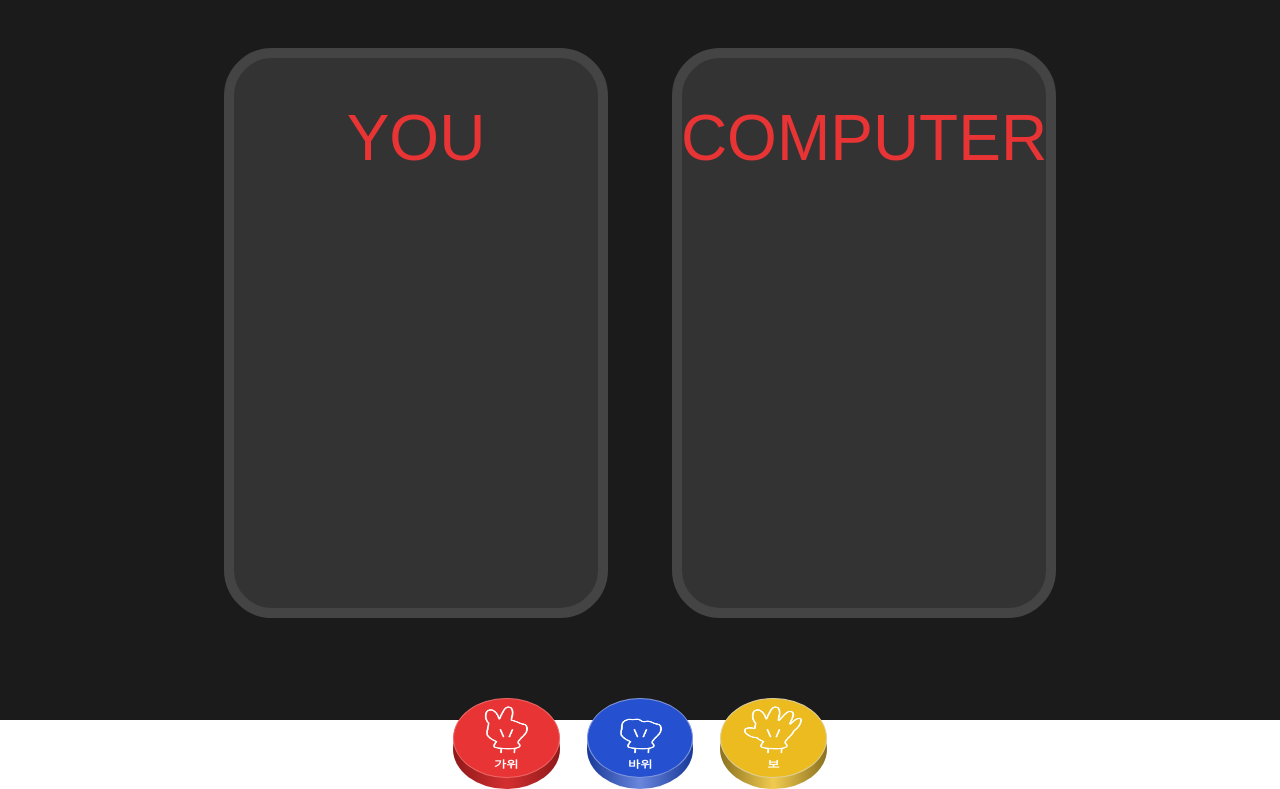
Repository: KIMMIHYE12/classComponent
Page: /
The author's editor kept a copy of each file at every save. The page is drawn from the files as they stood at one save, then again after the next save.
The browser window is 1280 px wide. The pictures show the whole page.
Some web fonts or font styles are not loaded; a fallback is used. The project was rebuilt for these pictures with package versions that can differ from the ones it lists, and the page was loaded fresh each time.

Above is the page before, as saved 2024-03-20 00:41:58.

### src/App.js
import { useState } from "react";
import "./App.css";
import { Box } from "./component/Box";

const choice = {
  scissors: {
    name: "Scissors",
    img: "/images/scissors.png",
    describe: "가위 이미지",
  },
  rock: {
    name: "Rock",
    img: "/images/rock.png",
    describe: "바위 이미지",
  },
  paper: {
    name: "Paper",
    img: "/images/paper.png",
    describe: "보 이미지",
  },
};

function App() {
  const [userSelect, setUserSelect] = useState(null);
  const [computerSelect, setComputerSelect] = useState(null);
  const [result, setResult] = useState("");

  const play = (userChoice) => {
    setUserSelect(choice[userChoice]);
    let computerChoice = remdomChoice();
    setComputerSelect(computerChoice);
    setResult(judgement(choice[userChoice], computerChoice));
  };

  const remdomChoice = () => {
    let itemArray = Object.keys(choice);
    let randomItem = Math.floor(Math.random() * itemArray.length);
    let final = itemArray[randomItem];
    return choice[final];
  };

  const judgement = (user, computer) => {
    if (user.name === computer.name) {
      return "Tie";
    } else if (user.name === "Scissors")
      return computer.name === "Paper" ? "Win" : "Lose";
    else if (user.name === "Rock")
      return computer.name === "Scissors" ? "Win" : "Lose";
    else if (user.name === "Paper")
      return computer.name === "Rock" ? "Win" : "Lose";
  };

  return (
    <div className='content'>
      <div className='game_screen'>
        <Box title='YOU' item={userSelect} result={result} />
        <Box title='COMPUTER' item={computerSelect} result={result} />
      </div>
      <div className='btn_wrap'>
        <button
          className='scissors'
          onClick={() => {
            play("scissors");
          }}
        >
          <div className='btn_items'>
            <img src='/images/btn_scissors.png' alt='가위 이미지' />
            <span>가위</span>
          </div>
        </button>
        <button
          className='rock'
          onClick={() => {
            play("rock");
          }}
        >
          <div className='btn_items'>
            <img src='/images/btn_rock.png' alt='바위 이미지' />
            <span>바위</span>
          </div>
        </button>
        <button
          className='paper'
          onClick={() => {
            play("paper");
          }}
        >
          <div className='btn_items'>
            <img src='/images/btn_paper.png' alt='보 이미지' />
            <span>보</span>
          </div>
        </button>
      </div>
    </div>
  );
}

export default App;

### src/App.css
@import url("https://use.typekit.net/ebb2deg.css");

@font-face {
  font-family: "GmarketSansMedium";
  src: url("https://cdn.jsdelivr.net/gh/projectnoonnu/noonfonts_2001@1.1/GmarketSansMedium.woff")
    format("woff");
  font-weight: normal;
  font-style: normal;
}

* {
  box-sizing: border-box;
}

.content {
  height: 100vh;
  padding: 3em 0;
  background-color: #1b1b1b;
}

.game_screen {
  width: 100%;
  display: flex;
  justify-content: center;
}

.box {
  width: 30%;
  display: flex;
  flex-direction: column;
  align-items: center;
  margin: 0 2em;
  border: 10px solid #444;
  background: #333;
  border-radius: 3rem;
}

.neon {
  border: 10px solid #fff;
  box-shadow: 0 0 10px #fff, 0 0 10px #fff, 0 0 24px #f5b70c, 0 0 16px #f5b70c,
    0 0 24px #f5b70c, inset 0 0 10px #f5b70c;
}

h1 {
  font-size: 4em;
  color: #e83435;
  font-family: "gloridot", sans-serif;
  font-weight: 400;
  font-style: normal;
}

h2 {
  height: 2em;
  font-size: 2em;
  color: #e83435;
  font-family: "gloridot", sans-serif;
  font-weight: 400;
  font-style: normal;
  letter-spacing: 0.3rem;
}

.img_wrap {
  width: 70%;
  height: 0;
  padding-bottom: 75%;
}

img {
  width: 100%;
}

.btn_wrap {
  position: relative;
  margin-top: 5em;
  display: flex;
  justify-content: center;
  z-index: 1;
}

.btn_wrap button {
  position: relative;
  width: 8em;
  height: 6em;
  margin: 0 1em;
  border-radius: 50%;
  top: 0;
  outline: 0;
  font-family: "GmarketSansMedium";
}

.btn_wrap button.scissors {
  background-color: #e83435;
  border: 1px solid #ec6666;
}

.btn_wrap button.rock {
  background-color: #2551d1;
  border: 1px solid #8097dc;
}

.btn_wrap button.paper {
  background-color: #ebbb1f;
  border: 1px solid #dfcf98;
}

.btn_wrap button:before {
  width: 8em;
  height: 6em;
  display: inline-block;
  content: "";
  position: absolute;
  top: 10px;
  left: -1px;
  right: 0;
  background: red;
  border-radius: 50%;
  z-index: -1;
}

.btn_wrap button.scissors:before {
  background: linear-gradient(
    90deg,
    rgba(143, 25, 25, 1) 0%,
    rgba(212, 47, 48, 1) 50%,
    rgba(143, 25, 25, 1) 100%
  );
}

.btn_wrap button.rock:before {
  background: linear-gradient(
    90deg,
    rgba(23, 56, 152, 1) 0%,
    rgba(106, 135, 221, 1) 50%,
    rgba(23, 56, 152, 1) 100%
  );
}

.btn_wrap button.paper:before {
  background: linear-gradient(
    90deg,
    rgba(139, 113, 30, 1) 0%,
    rgba(241, 203, 80, 1) 50%,
    rgba(139, 113, 30, 1) 100%
  );
}

.btn_wrap button:active {
  top: 4px;
}

.btn_wrap button:active:before {
  top: 6px;
}

.btn_items {
  display: flex;
  flex-direction: column;
  align-items: center;
  transform: translate(0, -5px) scale(100%, 75%);
}

.btn_items img {
  width: 65%;
}

.btn_items span {
  font-size: 1em;
  font-weight: 700;
  color: white;
  margin-top: 5px;
}

### src/component/Box.js
import React from "react";

export const Box = (props) => {
  let result;
  console.log("title", props.title);

  if (
    props.title === "COMPUTER" &&
    props.result !== "Tie" &&
    props.result !== ""
  ) {
    result = props.result === "Win" ? "Lose" : "Win";
  } else {
    result = props.result;
  }

  return (
    <div className={`box ${result === "Lose" || result === "" ? "" : "neon"}`}>
      <h1 className={props.title === "YOU" ? "you" : ""}>{props.title}</h1>
      <div className='img_wrap'>
        <img
          src={props.item && props.item.img}
          alt={props.item && props.item.describe}
        />
      </div>

      <h2>{result}</h2>
    </div>
  );
};

Loaded but not shown: public/index.html (common file); src/index.js (common file); src/index.css (common file); src/reportWebVitals.js (common file)

After the next save:
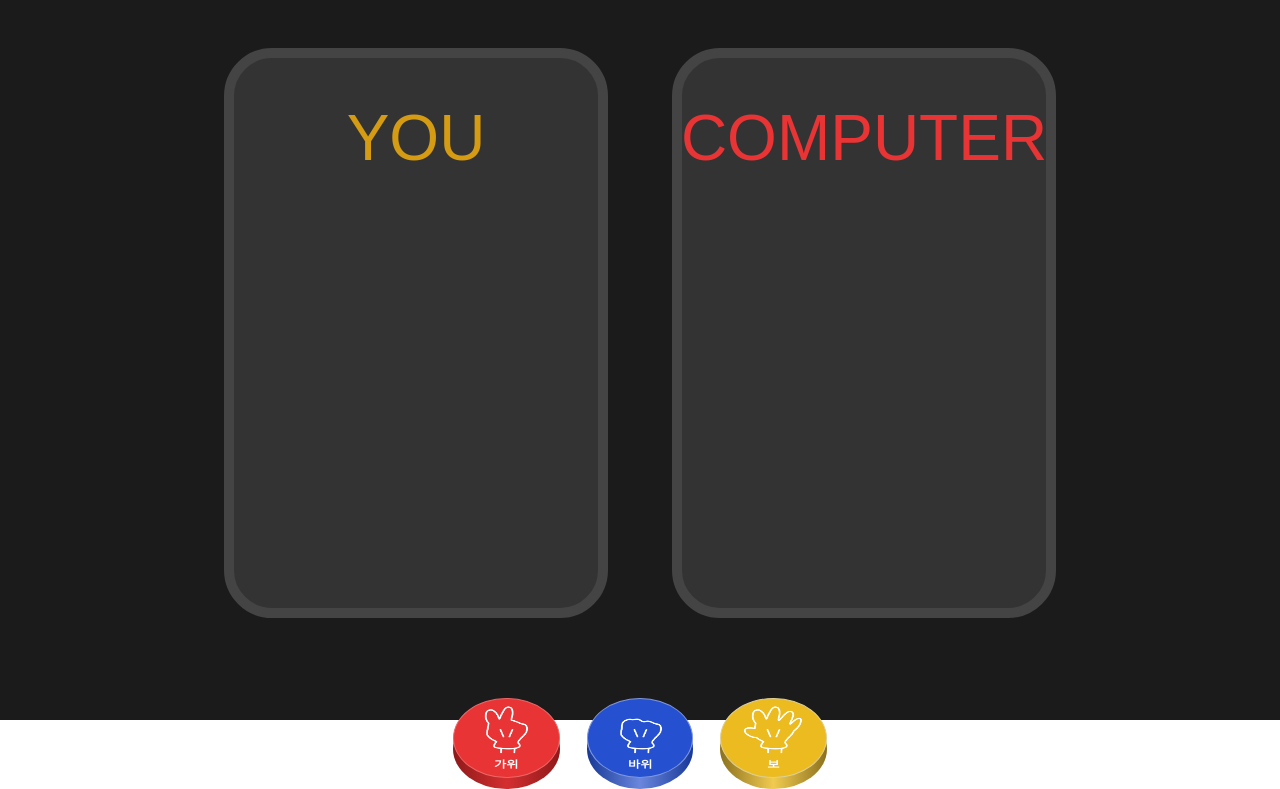
Saved 91 s later.
--- a/src/App.css
+++ b/src/App.css
@@ -169,3 +169,7 @@ img {
   color: white;
   margin-top: 5px;
 }
+
+.you {
+  color: #d49b13;
+}
